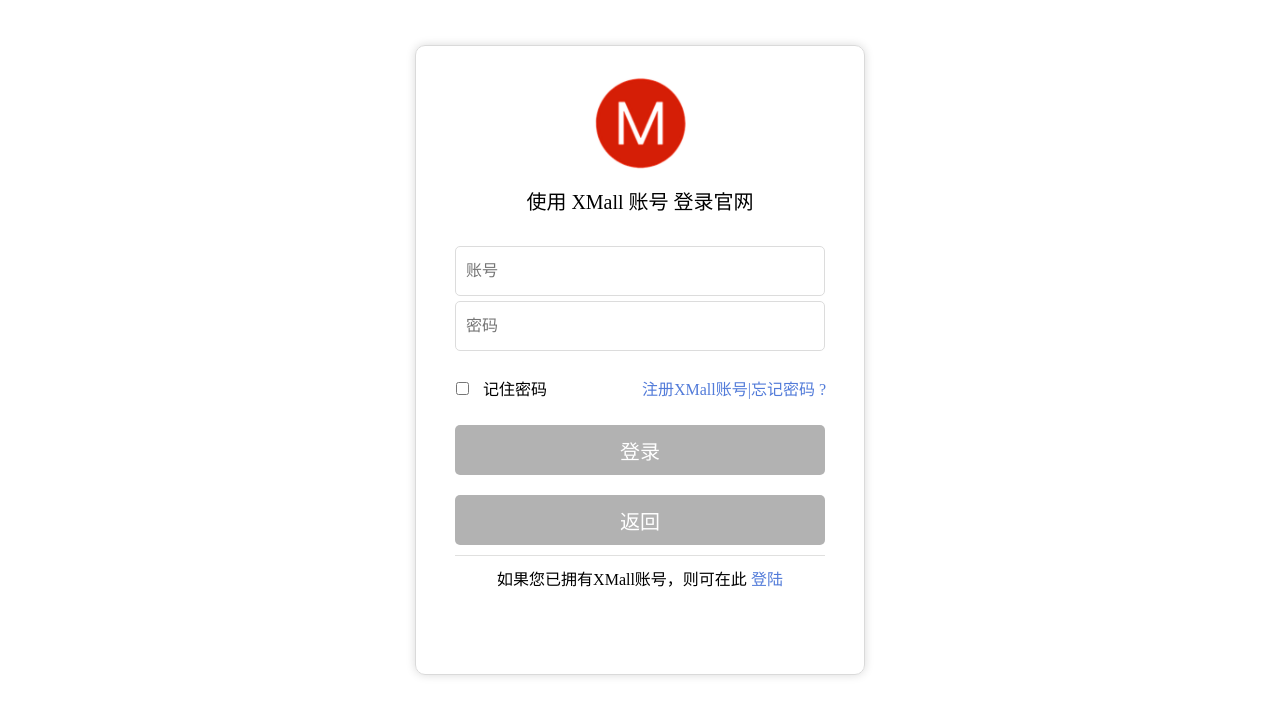
Repository: dingqihui1997/xmall-demo
Page: /signin
These files come from the project's save history. The page is drawn as it stood at one moment and after the next save; the edit follows.
The browser window is 1280 px wide. The pictures show the whole page.
The project was rebuilt for these pictures with package versions that can differ from the ones it lists, and the page was loaded fresh each time. Also part of the build but not shown: vue.config.js, src/views/Home.vue.

Above is the page before, as saved 2021-06-29 17:54:31.

### src/main.js
import Vue from 'vue'
import App from './App.vue'
import router from './router'
import store from './store'
import ElementUI from 'element-ui';
import 'element-ui/lib/theme-chalk/index.css';
Vue.use(ElementUI);
Vue.config.productionTip = false

new Vue({
  router,
  store,
  render: h => h(App)
}).$mount('#app')

### src/App.vue
<template>
  <div id="app">
    <router-view />
  </div>
</template>

<style lang="scss">
@import "./styles/common";
@import "./styles/ui";
</style>

### src/router/index.js
import Vue from 'vue'
import VueRouter from 'vue-router'
import Home from '../views/Home.vue'

Vue.use(VueRouter)

const routes = [
  {
    path: '/',
    name: 'Home',
    component: Home
  },
  {//登录
    path: '/signin',
    name: 'Signin',
    component: () => import('../components/signin/Signin.vue')
  },
  {//注册
    path: '/register',
    name: 'Register',
    component: () => import('../components/register/Register.vue')
  },


]

const router = new VueRouter({
  mode: 'history',
  base: process.env.BASE_URL,
  routes
})

export default router

### src/styles/common.scss
 * {
     margin: 0;
     padding: 0;
 }

 .center {
     //居中显示
     margin: auto;
     position: absolute;
     top: 0;
     bottom: 0;
     left: 0;
     right: 0;
 }

 * {
     box-sizing: border-box;
 }

 .wi100 {
     width: 100%;
 }

 .hei100 {
     height: 100%;
 }

 .pflex {
     position: fixed;
     /* 固定定位 */
 }

 .flex {
     display: flex;
 }

 .flex-wrap {
     /* 子元素换行排列 */
     display: flex;
     flex-wrap: wrap;
     align-items: center;
 }

 .flex-j {
     display: flex;
     justify-content: center;
     /* 水平方向居中 */
 }

 .flex-a {
     display: flex;
     align-items: center;
     /* 垂直方向居中 */
 }

 .flex-ja {
     /* felx-ja 垂直水平方向居中 */
     display: flex;
     align-items: center;
     justify-content: center;
 }

 .flex-sb {
     /* flex-sb 子元素两边排列 */
     display: flex;
     justify-content: space-between;
 }

 .flex-sba {
     /* flex-sb 子元素两边排列 bing居中 */
     display: flex;
     justify-content: space-between;
     align-items: center;
 }

 .flex-d {
     /* z子元素竖向排列 */
     display: flex;
     flex-direction: column;
 }

 .flex-di {
     /* 子元素竖向排列并居中 */
     display: flex;
     flex-direction: column;
     align-items: center;
 }

 .flex-dj {
     /* 子元素竖向排列并居中 */
     display: flex;
     flex-direction: column;
 }

 .flex-dji {
     /* 子元素竖向排列并水平垂直居中 */
     display: flex;
     flex-direction: column;
     align-items: center;
     justify-content: center;
 }

 .pad-t10 {
     padding-top: 10px;
 }

 .pad-t15 {
     padding-top: 15px;
 }

 .margin-r55 {
     margin-right: 55px;
 }

 .marginauto {
     margin: 0 auto;
 }

 .img100 {
     width: 100%;
     height: 100%;
 }

 .img50 {
     width: 50%;
     height: 50%;
 }

 .imgh100 {
     height: 100%;
 }

 .img45 {
     width: 45%;
     height: 45%;
 }

 .img80 {
     width: 80%;
     height: 80%;
 }

 .font20 {
     font-size: 20px;
 }

 .font18 {
     font-size: 18px;
 }

 .font16 {
     font-size: 16px;
 }

 .font14 {
     font-size: 14px;
 }

 .font12 {
     font-size: 12px;
 }

 .flex1 {
     flex: 1;
 }

 .flex2 {
     flex: 1.5;
 }

 .color30 {
     color: #000000;
 }

 .color3f {
     /* 白色 */
     color: #fff;
 }

 .margin-t10 {
     margin-top: 10px;
 }

 .margin-t5 {
     margin-top: 5px;
 }

 .margin-t20 {
     margin-top: 20px;
 }

 .margin-r5 {
     margin-right: 5px;
 }

 .margin-r15 {
     margin-right: 15px;
 }

 .margin-r10 {
     margin-right: 10px;
 }

 .margin-r20 {
     margin-right: 20px;
 }

 .margin-r30 {
     margin-right: 30px;
 }

 .margin-l10 {
     margin-left: 10px;
 }

 .margin-l20 {
     margin-left: 20px;
 }

 .margin-b10 {
     margin-bottom: 10px;
 }

 .text-de {
     /* 有下划线 */
     text-decoration: underline;
 }

 .text-li {
     text-decoration: line-through;
     /* 删除线 */
 }

 .font-w7 {
     /* 加粗 */
     font-weight: 700;
 }

 .fontstyle-i {
     /* 斜体 */
     font-style: italic;
 }

 .shuoming {
     position: relative;
     top: 55px
 }

 .textr {
     text-align: right;
 }

### src/styles/ui.scss
.login {
    .el-input__inner {
        width: 370px;
        height: 50px;
    }

    .el-input__suffix {
        position: absolute;
        right: 50px;
    }

    .el-input {
        position: relative;
    }
}

### src/components/signin/Signin.vue
<template>
  <!-- 登录页面 -->
  <div class="one">
    <div class="box center flex-d login">
      <div class="top">
        <div class="flex-ja"><img src="../../assets/log1.png" alt="" /></div>
        <div class="flex-ja">使用 XMall 账号 登录官网</div>
      </div>
      <!-- 账号 -->
      <div class="flex-ja name">
        <input type="text" placeholder="账号" class="ipt" v-model="username" />
      </div>
      <!-- 密码 -->
      <div class="flex-ja name">
        <input
          type="password"
          placeholder="密码"
          class="ipt"
          v-model="password"
        />
      </div>
      <div class="flex-sb choice">
        <div>
          <input type="checkbox" class="inpt" v-model="checked" /> 记住密码
        </div>
        <div><span>注册XMall账号|</span><span>忘记密码 ?</span></div>
      </div>
      <div class="flex-ja regis">
        <!-- 动态绑定属性，最先是true禁用状态 -->
        <button
          :disabled="flag"
          :class="{ back: flag === false }"
          @click="goto"
        >
          登录
        </button>
      </div>
      <div class="flex-ja regis">
        <!-- 动态绑定属性，最先是true禁用状态 -->
        <button
          :disabled="flag"
          :class="{ back: flag === false }"
          @click="goto"
        >
          返回
        </button>
      </div>
      <div class="flex-ja">
        <div class="bottom flex-ja">
          如果您已拥有XMall账号，则可在此<span>&nbsp;登陆</span>
        </div>
      </div>
    </div>
  </div>
</template>

<script>
import axios from "axios";
export default {
  name: "",
  props: {},
  data() {
    return {
      username: "",
      password: "",
      Repeat: "",
      flag: true, //最开始禁用按钮
      checked: false,
    };
  },
  components: {},
  methods: {
    goto() {
      if (this.checked === false) {
        this.$message.error("您未勾选同意我们的相关注册协议");
      }
      if (this.password !== this.Repeat) {
        this.$message.error("两次输入的密码不相同");
      }
      if (this.password === this.Repeat && this.checked === true) {
        axios
          .post("/api/users/register", {
            username: this.username,
            password: this.password,
          })
          .then((res) => {
            console.log(res);
          })
          .catch((err) => {
            console.log("请求失败", err);
          });
      }
    },
  },
  mounted() {},
  computed: {},
  watch: {
    username(val) {
      this.username = val;
    },
    password(val) {
      this.password = val;
    },
    Repeat(val) {
      //账号和密码都输入了内容后，然后就不禁用button
      this.Repeat = val;
      if (this.username !== "" && this.password !== "" && val !== "") {
        this.flag = false;
        // console.log(val);
      } else {
        this.flag = true;
      }
    },
  },
};
</script>

<style lang='scss' scoped>
.box {
  width: 450px;
  height: 630px;
  border: 1px solid #dadada;
  border-radius: 10px;
  box-shadow: 0 0 10px #dadada;
}
.one {
  height: 100vh;
}
.top {
  height: 200px;
  font-size: 20px;
  //   margin-bottom: 35px;
  padding-top: 25px;
}
.top img {
  margin-bottom: 10px;
}
.ipt {
  width: 370px;
  height: 50px;
  outline: none;
  border: 1px #dcdcdc solid;
  border-radius: 5px;
  padding-left: 10px;
  font-size: 16px;
  margin-bottom: 5px;
}
button {
  margin: 10px 0px;
  width: 370px;
  height: 50px;
  border-radius: 5px;
  border: none;
  color: #fff;
  font-size: 20px;
  background-color: #b2b2b2; //最开始设置成灰色背景颜色
}

span {
  color: #527bd9;
}

.name {
  text-align: center;
}
.choice {
  margin-top: 20px;
  margin-bottom: 15px;
  width: 370px;
  position: relative;
  left: 40px;
}
.regis {
  padding: 0 35px;
}
.inpt {
  margin-right: 10px;
}
.bottom {
  width: 370px;
  border-top: 1px #e0e0df solid;
  padding-top: 10px;
}
.back {
  background-color: #5f86e4; //当按钮不禁用的时候就显示蓝色，然后添加hover的效果
  &:hover {
    background-color: #6283cf;
  }
}
</style>

Loaded but not shown: public/index.html (common file); src/store/index.js (common file)

After the next save:
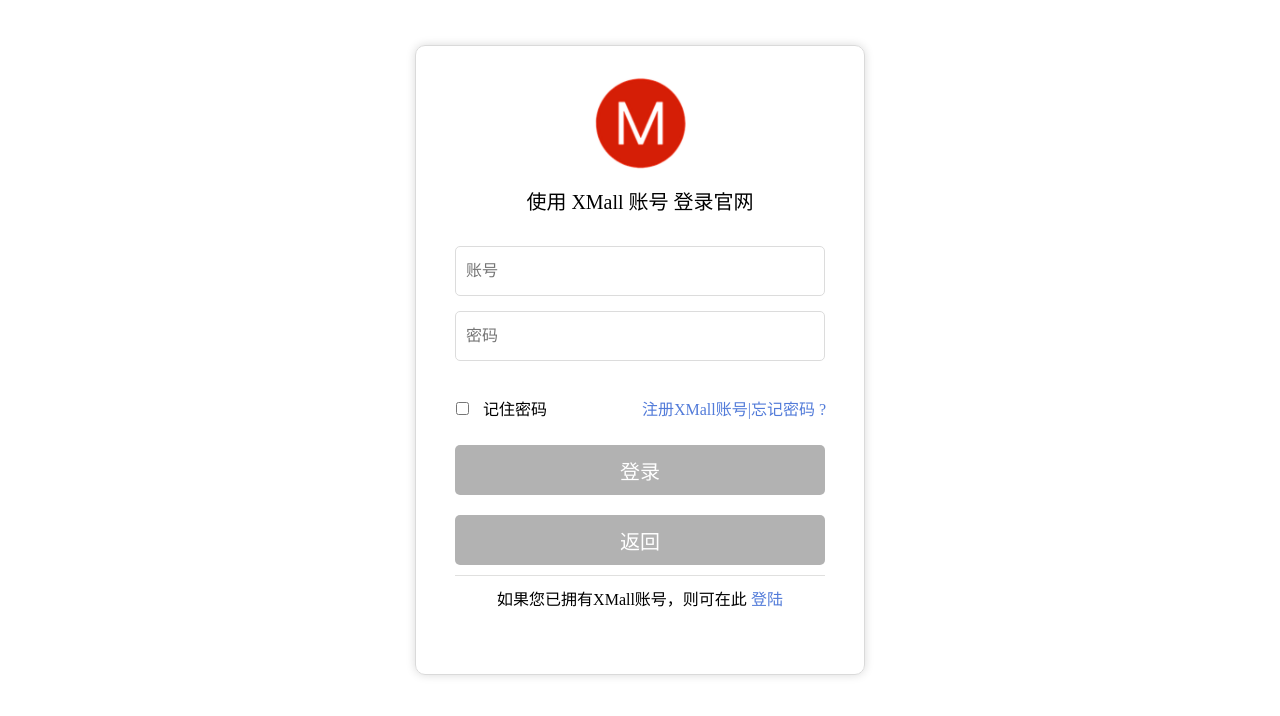
Saved 9 s later.
--- a/src/components/signin/Signin.vue
+++ b/src/components/signin/Signin.vue
@@ -143,7 +143,7 @@
   border-radius: 5px;
   padding-left: 10px;
   font-size: 16px;
-  margin-bottom: 5px;
+  margin-bottom: 15px;
 }
 button {
   margin: 10px 0px;
